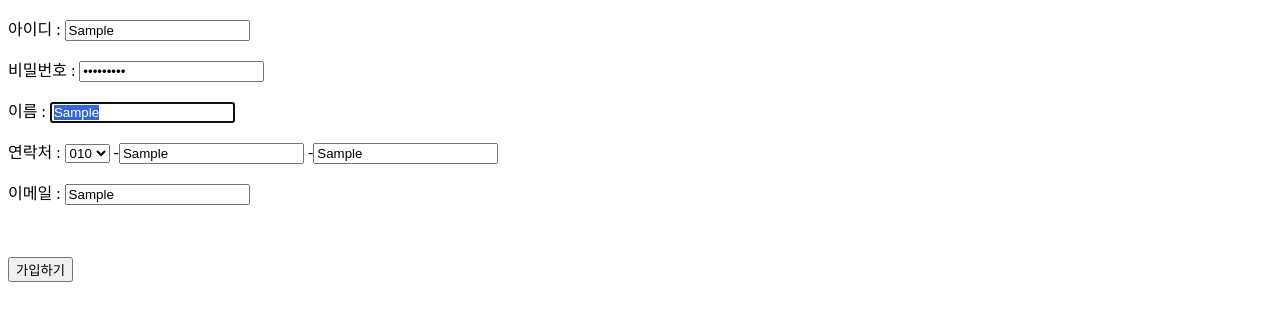
Repository: chanhooop/JSP
Page: http://localhost/Validation/vallidation05.jsp
The author's editor kept a copy of each file at every save. The page is drawn from the files as they stood at one save, then again after the next save.
The browser window is 1280 px wide. The pictures show the whole page.
Empty fields were first filled with sample values (such as "Sample", 5 or name@example.com).
After loading, the first visible `input[onclick="checkLogin()"]` was clicked once.
The page is served by Tomcat 9.

Above is the page before, as saved 2021-05-10 22:31:22.

### Validation/src/main/webapp/vallidation05.jsp
<%@ page language="java" contentType="text/html; charset=UTF-8"
    pageEncoding="UTF-8"%>
<!DOCTYPE html>
<html>
<head>
<meta charset="UTF-8">
<title>Insert title here</title>
</head>
<script type="text/javascript">
	function checkLogin() {

		var form = document.loginForm;
		const regex = /^[ㄱ-ㅎ|가-힣|a-z|A-Z|0-9|]+$/;
		var re = /^[가-힣]+$/;

		// Empty Check
		if(form.id.value == ""){
			alert("아이디를 입력해주세요!");
			form.id.focus();
			return false; //false값을 안줘버리면 액션페이지로 넘어가 버린다!!
		}
 			if(form.pw.value == ""){
			alert("비밀번호를 입력해 주세요!")
			form.passwd.focus();
			return false;
		}
			if(form.name.value == ""){
				alert("이름을 입력해 주세요!")
				form.name.focus();
				return false;
			}
			if(form.num1.value == ""){
				alert("연락처를 입력해 주세요!")
				form.num1.focus();
				return false;
			}
			if(form.num2.value == ""){
				alert("연락처를 입력해 주세요!")
				form.num2.focus();
				return false;
			}
			if(form.email.value == ""){
				alert("이메일을 입력해 주세요!")
				form.email.focus();
				return false;
			}
			if(form.name.value != regex){
				alert("이름을 한글로 입력해주세요!")
				form.name.select();
				return false;
			}


			form.submit();
	}
</script>
<body>
	<form name="loginForm" action="vallidation05_Process.jsp" method="post">
		<p>아이디 : <input type="text" name="id"></p>
		<p>비밀번호 : <input type="password" name="pw"></p>
		<p>이름 : <input type="text" name="name"></p>
		연락처 : <select>
				<option value="num" selected="selected">010</option>
			</select>
		 -<input type="text" name="num1">
		 -<input type="text" name="num2"><br>
		<p>이메일 : <input type="text" name="email"></p>
		 <br><br>
		 <input type="button" value="가입하기" onclick="checkLogin()">

	</form>

</body>
</html>

After the next save:
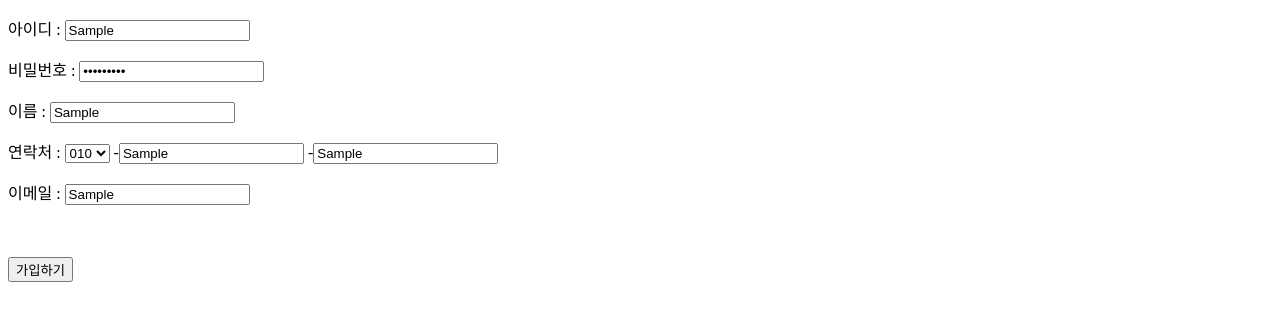
Console error (its wording comes from the project's code and is left out).
Saved 3 min 16 s later.
--- a/Validation/src/main/webapp/vallidation05.jsp
+++ b/Validation/src/main/webapp/vallidation05.jsp
@@ -10,7 +10,7 @@
 	function checkLogin() {
 
 		var form = document.loginForm;
-		const regex = /^[ㄱ-ㅎ|가-힣|a-z|A-Z|0-9|]+$/;
+		const regex = /^[ㄱ-ㅎ|가-힣|+$/;
 		var re = /^[가-힣]+$/;
 
 		// Empty Check
@@ -44,7 +44,7 @@
 				form.email.focus();
 				return false;
 			}
-			if(form.name.value != regex){
+			if(form.name.value.regex.test() == false  ){
 				alert("이름을 한글로 입력해주세요!")
 				form.name.select();
 				return false;
